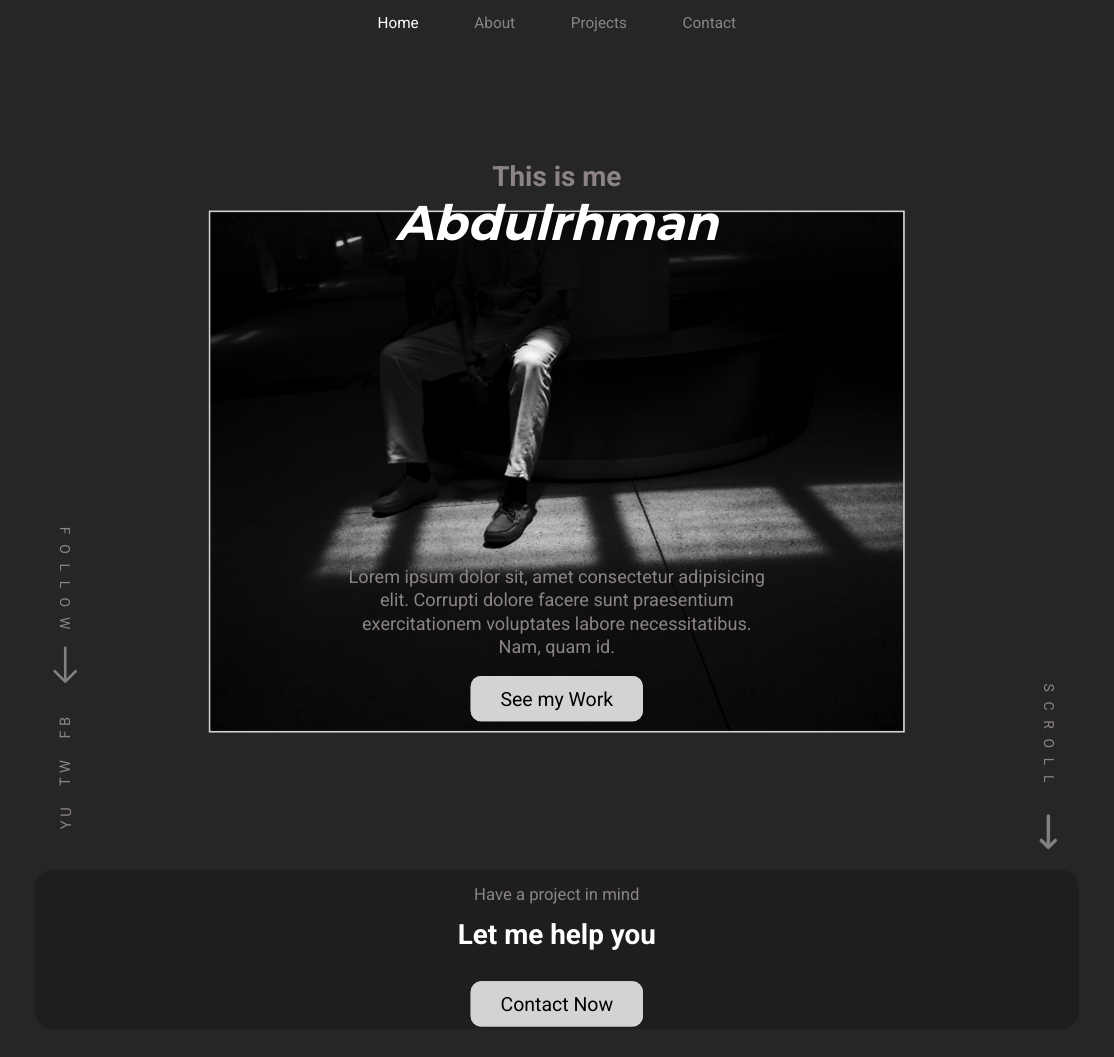
Repository: Abdoulrhman-altyeb/React-Typescript
Page: /
The author's editor kept a copy of each file at every save. The page is drawn from the files as they stood at one save, then again after the next save.
The browser window is 1280 px wide. The pictures show the whole page, at 87% of full size.
The project was rebuilt for these pictures with package versions that can differ from the ones it lists, and the page was loaded fresh each time. Also part of the build but not shown: src/Pages/Contact.tsx, src/Pages/About.tsx, src/Pages/Projects.tsx.

Above is the page before, as saved 2021-05-18 15:55:20.

### public/index.html
<!DOCTYPE html>
<html lang="en">

<head>
  <meta charset="utf-8" />
  <meta name="viewport" content="width=device-width, initial-scale=1" />
  <meta name="theme-color" content="#000000" />
  <meta name="description" content="IT Guys Community" />
  <link rel="preconnect" href="https://fonts.gstatic.com">
  <link href="https://fonts.googleapis.com/css2?family=Roboto:wght@300;400;500;700&display=swap" rel="stylesheet">
  <link rel="preconnect" href="https://fonts.gstatic.com">
<link href="https://fonts.googleapis.com/css2?family=Montserrat:wght@200;300;400;500;700&display=swap" rel="stylesheet">
  <title>App Lab</title>
</head>

<body>
  <noscript>You need to enable JavaScript to run this app.</noscript>
  <div id="root"></div>
</body>

</html>

### src/index.tsx
import ReactDOM from "react-dom";
import App from "./App";
import './assits/styles/style.css'

ReactDOM.render(<App/>,document.getElementById("root"));

### src/App.tsx
import React from "react";
import NavBar from './components/NavBar';
import { BrowserRouter as Router, Route, Switch } from 'react-router-dom'
import Home from "./Pages/Home";
import Contact from "./Pages/Contact";
import About from "./Pages/About";
import Projects from "./Pages/Projects";


const App: React.FC = () => {



  return (
    <>
      <Router>
        <NavBar />
        <Switch>
          <Route  path='/' exact>
            <Home />
          </Route>
          <Route path="/contact">
            <Contact />
          </Route>
          <Route path='/about'>
            <About />
          </Route>
          <Route path='/projects'>
              <Projects/>
          </Route>
        </Switch>
      </Router>
    </>
  )
}

export default App;

### src/assits/styles/style.css
* {
    padding:0;
    margin:0;
    box-sizing:border-box;
}

body {
    background:#262626;
    color:white;
    font-family: 'Roboto', sans-serif;
}
img,svg{
    width: 100%;
    height:100%;
    object-fit: cover;
}
.container {
    width:90%;
    max-width:1200px;
    margin: 0 auto;
}

.hero__img {
    height:600px;
}
ul {
    list-style: none;
}
p, h1, span {
    color:#8c8484
}
a {
    text-decoration: none;
    color:#8c8484;
    font-size:0.8rem;
}

### src/components/NavBar.tsx
import React,{useState} from 'react';
import styled from 'styled-components';
import { NavLink } from 'react-router-dom';
import { BiMenu, BiX } from 'react-icons/bi';


const NavBar: React.FC = () => {

    const [isActive, setIsActive] = useState<boolean>(false);

    return (
        <NavBarContainer>
            <div className="hamburgerMenu"
                onClick={() => setIsActive(!isActive)}
                role='button'
                tabIndex={0}
                onKeyDown={() => setIsActive(!isActive)}
            >
                <BiMenu/>
            </div>
            <ul className={isActive ? 'ListItems' : 'ListItems hide-items'}>
                <div className='closeMenu'
                    onClick={() => setIsActive(!isActive)}
                    role='button'
                    tabIndex={0}
                    onKeyDown={() => setIsActive(!isActive)}
                >
                    <BiX/>
                </div>
                <li>
                    <NavLink to='/' exact>
                     Home
                    </NavLink>
                </li>
                <li>
                    <NavLink to="/about">
                        About
                    </NavLink>
                </li>
                <li>
                    <NavLink to='projects'>
                        Projects
                    </NavLink>
                </li>
                <li>
                    <NavLink to='contact'>
                        Contact
                    </NavLink>
                </li>
            </ul>
        </NavBarContainer>
    )
}

const NavBarContainer = styled.nav`
    position: fixed;
    z-index:100;
    top:0;
    left:0;
    background-color:#262626;
    font-family: 'Roboto', sans-serif;
    width:100%;
    ul {
        width:90%;
        max-width:1200px;
        justify-content:center;
        text-align:center;
        margin:0 auto;
        border-radius:12px;
    }
    li {
        display:inline-block;
        cursor:pointer;
    }
    a {
        display:inline-block;
        padding:1rem 2rem;
        font-size:1.1rem;
        color:#8c8484;
        transition:0.3s ease color;
        /* &:hover {
            color:#726f6f;
        } */
    }
    .active {
        color:white;
    }

    .hamburgerMenu {
        font-size:2rem;
        position:absolute;
        top:1rem;
        right:1rem;
        color:white;
        display:none;
        * {
            pointer-events:none;
        }
    }
    .closeMenu{
        display:none;
    }
    @media only screen and (max-width:768px) {
        .hide-items{
            transform: translateY(calc(-100% - 1rem))
        }
        .hamburgerMenu{
            display:block;
        }
        .ListItems {
            width:80%;
            max-width:230px;
            position:absolute;
            top:1rem;
            right:1rem;
            background:#1E1E1E;
            padding:1rem;
            transition: 0.3s ease transform;

            .closeMenu {
                color:white;
                font-size:1.5rem;
                width:1rem;
                margin: 0 0 0 auto;
                cursor: pointer;
                display:block;
                *{
                    pointer-events:none;
                }
            }
        }
        li {
            display:block;
            margin-bottom:1rem;
        }
        a {
            /* padding:1rem; */
            padding:0.2rem;
            outline:none;
        }
    }
`;



export default NavBar;

### src/Pages/Home.tsx
import ContactButton from '../components/ContactButton'
import HeroSection from '../components/HeroSection'

const Home: React.FC = () => {
    return (
        <>
            <HeroSection />
            <ContactButton />
        </>
    )
}

export default Home;

### src/components/ContactButton.tsx
import React from 'react';
import Button from './Button';
import styled from 'styled-components';

const ContactButton: React.FC = () => {
    return (
        <STYLEDIV>
            <p>Have a project in mind</p>
            <h3>Let me help you</h3>
            <Button btnLink='/Contact' btnText='Contact Now' outline={false}/>
        </STYLEDIV>
    )
}

const STYLEDIV = styled.div`
    max-width:1200px;
    width:100%;
    background:#1E1E1E;
    margin:0 auto;
    border-radius: 20px;
    text-align:center;
    padding:1rem;
    margin-bottom:2rem;
    p{
        margin-bottom:1rem;
        font-size:1.2rem;
    }
    h3{
        margin-bottom:1rem;
        font-size:2rem;
    }
`;

export default ContactButton;

### src/components/HeroSection.tsx
import React from 'react';
import hero from '../assits/images/hero.jpg';
import Button from './Button';
import PaText from './PaText';
import { BsArrowDown } from 'react-icons/bs';
import { HiOutlineArrowNarrowDown } from 'react-icons/hi';
import styled from 'styled-components';

const HeroSection: React.FC = () => {
    return (
        <STYLEDHERO>
            <div className="hero">
                <div className="container">
                    <h1 className="hero__header">
                        <span>This is me</span>
                        <span className='hero__name'>Abdulrhman</span>
                    </h1>
                    <div className="hero__img">
                        <img src={hero} alt="" />
                    </div>
                    <div className="hero__info">
                        <PaText>
                            <p>Lorem ipsum dolor sit, amet consectetur adipisicing elit. Corrupti dolore facere sunt praesentium exercitationem voluptates labore necessitatibus. Nam, quam id.</p>
                        </PaText>
                        <Button btnLink='/projects' btnText='See my Work' outline={false} />
                    </div>
                    <div className="hero__social">
                        <div className="hero__social__indcator">
                            <p>Follow</p>
                            <BsArrowDown className='icon'/>
                        </div>
                        <div className="hero__social__text">
                            <ul>
                                <li>
                                    <a href="https://facebook.com" rel='noreferrer'>FB</a>
                                </li>
                                <li>
                                    <a href="https://twitter.com" rel='noreferrer'>TW</a>
                                </li>
                                <li>
                                    <a href="https://youtube.com" rel='noreferrer'>YU</a>
                                </li>
                            </ul>
                        </div>
                    </div>
                    <div className="hero__scroll">
                        <p>Scroll</p>
                        <HiOutlineArrowNarrowDown className='icon'/>
                    </div>
                </div>
            </div>
        </STYLEDHERO>
    )
}


const STYLEDHERO = styled.div`
    .hero {
        display:flex;
        justify-content:center;
        align-items:center;
        position:relative;
        text-align:center;
        width:100%;
        min-height:1000px;
        height:100vh;
    }
    .hero__header {
        margin-bottom:-3rem;
        position:relative;
        font-size:2rem;
        span{
            display:inline-block;
            width:100%;
        }
        .hero__name{
            font-size:3.5rem;
            font-family: 'Montserrat', sans-serif;
            font-style:italic;
            color:white;
        }
    }
    .hero__img {
        border:2px solid lightgray;
        max-width:800px;
        width:100%;
        height:600px;
        margin:0 auto;
    }
    .hero__info {
        margin-top:-12rem;
    }
    .hero__social,
    .hero__scroll{
        display:flex;
        flex-direction:column;
        width:50px;
        position:absolute;
        bottom:20px;
        gap:2rem;
    }
    .hero__social{
        left:50px;
    }
    .hero__scroll{
        right:50px;
    }
    .icon {
        color:gray;
        min-height:45px;
        width:3rem;
        object-fit:content;
        align-self:center;
    }
    .hero__social{
        p{
            transform:rotate(90deg) translateX(-100px);
            letter-spacing:0.7rem;
            text-transform:uppercase
        }
    }
    .hero__scroll{
        p{
            transform:rotate(90deg) translateX(-80px);
            letter-spacing:0.7rem;
            text-transform:uppercase
        }
    }
    .hero__social__text{
        li {
            margin-bottom:1rem;
        }
        a{
            transform:rotate(-90deg);
            display:inline-block;
            font-size:1.05rem;
            letter-spacing:5px;
            margin-bottom:1rem;
        }
    }
    @media only screen and (max-width:768px) {
        .hero {
            min-height:750px;
        }
        .hero__header{
            margin-bottom:-2rem;
            font-size:1.4rem;
            .hero__name{
                font-size:3rem;
            }
        }
        .hero__img{
            height:300px;
        }
        .hero__info{
            margin-top:3rem;
        }
        .hero__social,
        .hero__scroll{
            width:25px;
            bottom:-30px;
            font-size:0.9rem;
            P{
                letter-spacing:0.5rem;
                transform:translateY(-20px) rotate(90deg)
            }
            a{
                letter-spacing:2px;
            }
        }
        .hero__social {
            gap:1rem;
            P{
                transform:translateY(-60px) rotate(90deg)
            }
        }
        .hero__social {
            left:0;
            bottom:-20%;
        }
        .hero__scroll{
            right:0;
        }
        .hero__social__text {
            a{
                margin-bottom:1rem;
                font-size:1rem;
            }
        }
        .icon{
            width:25px;
            min-height:80px;
            align-self:center;
        }
    }
`;
export default HeroSection;

### src/components/Button.tsx
import React from 'react';
import { Link } from 'react-router-dom';
import styled from 'styled-components'


const Button:React.FC<ButtonProps> = ({btnLink,btnText,outline}) => {
    return (
        <BTNSTYLE >
            <Link className='button' to={btnLink} >{btnText}</Link>
        </BTNSTYLE>
    )
}


const BTNSTYLE = styled.div`
    padding-top:2rem;
    .button{
        background:lightgray;
        padding:0.7rem 2rem;
        color:black;
        border-radius:12px;
        border:2px solid lightgray;
        cursor:pointer;
        font-size:1.4rem;
    }
    @media only screen and (max-width:768px) {
        .button{
            font-size:1.2rem;
        }
    }
`;

export default Button

### src/components/PaText.tsx
import styled from 'styled-components'

const PaText: React.FC = ({children}) => {

    return (
        <TextContainer>
            {children}
        </TextContainer>
    )
}

const TextContainer = styled.div`
    max-width:500px;
    margin:0 auto;
    line-height:1.3em;
    font-size:1.3rem;
    @media only screen and (max-width:768px) {
        font-size:1.1rem;
    }
`;

export default PaText

After the next save:
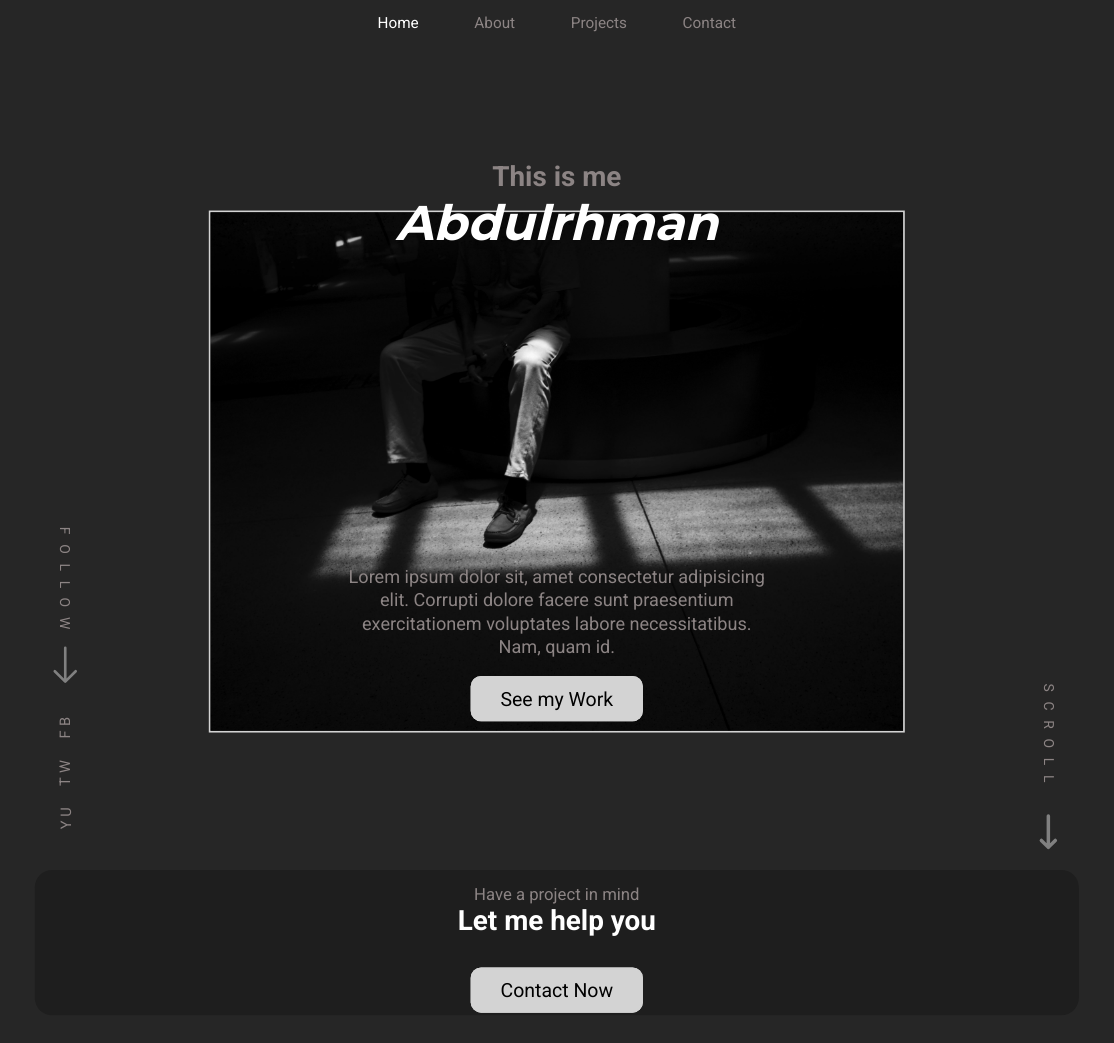
Saved 12 s later.
--- a/src/components/ContactButton.tsx
+++ b/src/components/ContactButton.tsx
@@ -22,7 +22,6 @@ const STYLEDIV = styled.div`
     padding:1rem;
     margin-bottom:2rem;
     p{
-        margin-bottom:1rem;
         font-size:1.2rem;
     }
     h3{
